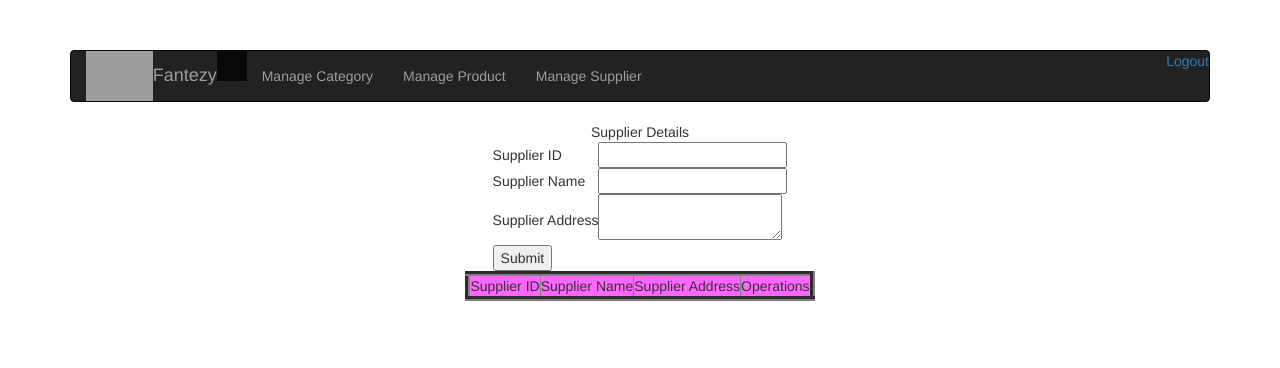
Repository: Safna93/eCommerce-project
Page: http://localhost/FantezyFrontendProject/WEB-INF/views/Supplier.jsp
These files come from the project's save history. The page is drawn as it stood at one moment and after the next save; the edit follows.
The browser window is 1280 px wide. The pictures show the whole page.
Pictures or frames that could not be fetched are drawn as grey boxes. Some web libraries are served in a nearby version. The page is served by Tomcat 9. Nobody is signed in. The template is opened directly, without the code that normally fills it, so the values that code supplies are empty.

Above is the page before, as saved 2017-07-11 09:57:18.

After the next save:
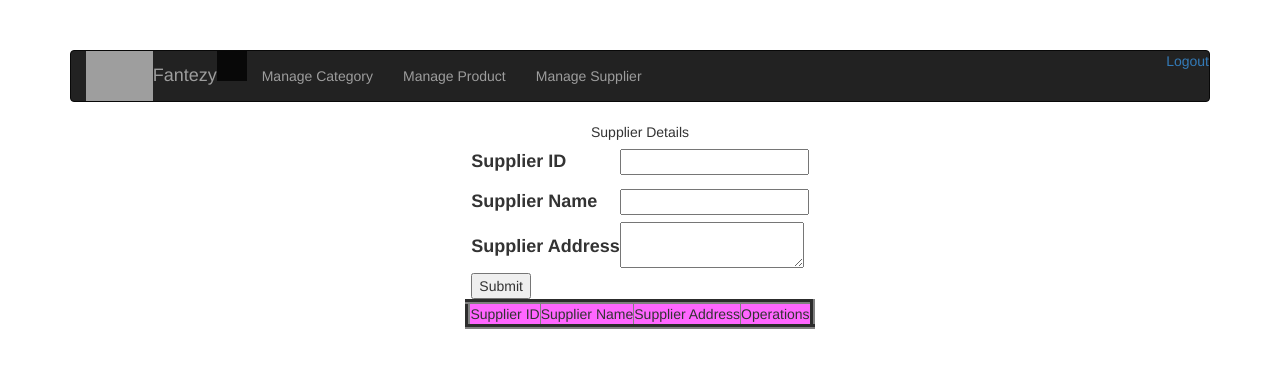
Saved 2 min 21 s later.
--- a/Fantezy Project/Fantezy/FantezyFrontendProject/src/main/webapp/WEB-INF/views/Supplier.jsp
+++ b/Fantezy Project/Fantezy/FantezyFrontendProject/src/main/webapp/WEB-INF/views/Supplier.jsp
@@ -11,16 +11,16 @@
 				<td colspan="2"><center>Supplier Details</center></td>
 			</tr>
 			<tr>
-				<td>Supplier ID</td>
+				<td><h4><b>Supplier ID</b></h4></td>
 				<td><form:input path="suppid" /></td>
 			</tr>
 			<tr>
-				<td>Supplier Name</td>
+				<td><h4><b>Supplier Name</b></h4></td>
 				<td><form:input path="suppname" /></td>
 			</tr>
 
 
-				<td>Supplier Address</td>
+				<td><h4><b>Supplier Address</b></h4></td>
 				<td><form:textarea path="suppaddress" /></td>
 			</tr>
 
